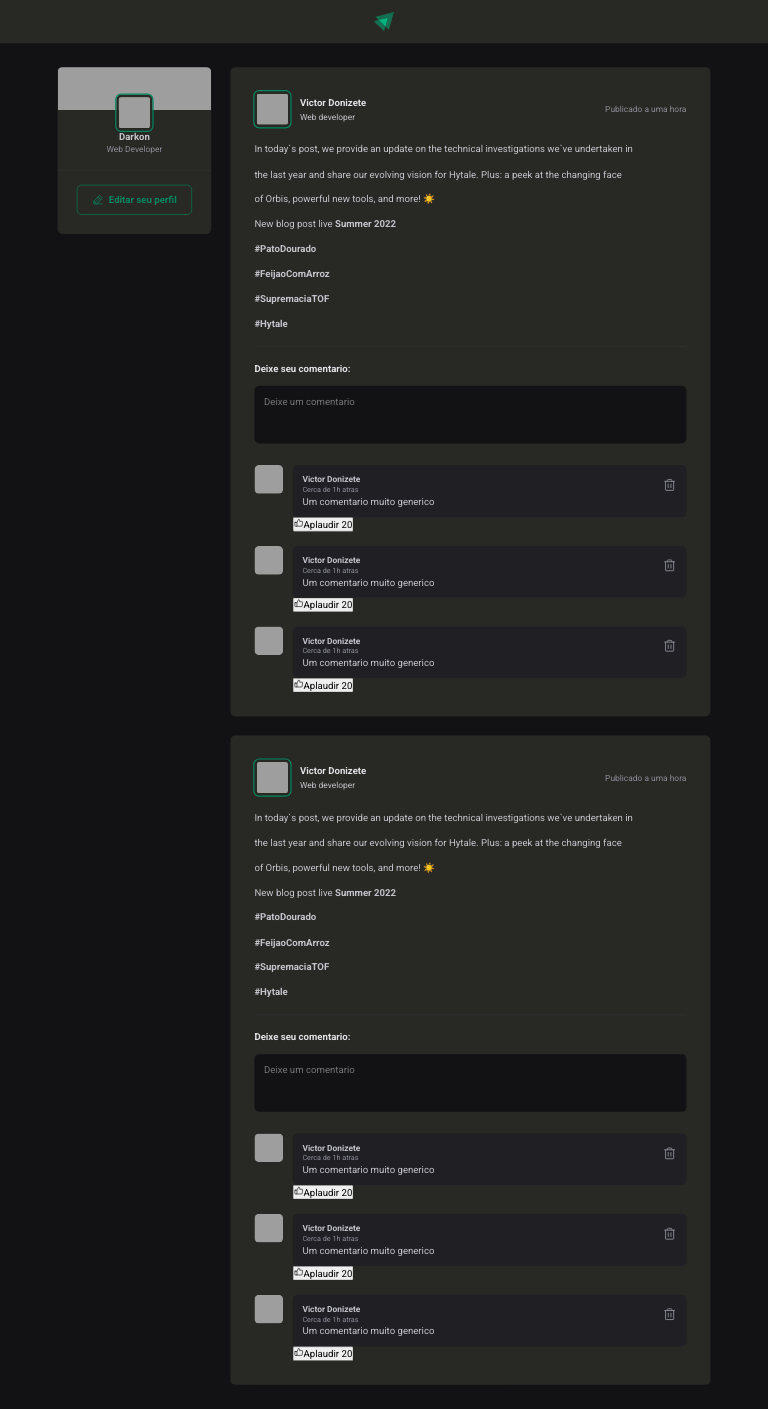
Repository: viviij/PseudoRedeSocial
Page: /
An editor plug-in stored every save of this project. The page is shown before and after the next save, followed by the edit.
The browser window is 1280 px wide. The pictures show the whole page, at 60% of full size.
Pictures or frames that could not be fetched are drawn as grey boxes. The project was rebuilt for these pictures with package versions that can differ from the ones it lists, and the page was loaded fresh each time. Also part of the build but not shown: vite.config.js.

Above is the page before, as saved 2022-08-02 14:16:24.

### index.html
<!DOCTYPE html>
<html lang="en">
  <head>
    <meta charset="UTF-8" />
    <link rel="preconnect" href="https://fonts.googleapis.com">
    <link rel="preconnect" href="https://fonts.gstatic.com" crossorigin>
    <link rel="icon" type="image/svg+xml" href="/vite.svg" />
    <meta name="viewport" content="width=device-width, initial-scale=1.0" />
    <link href="https://fonts.googleapis.com/css2?family=Roboto:wght@400;700&display=swap" rel="stylesheet">
    <title>RedeSocial</title>
  </head>
  <body>
    <div id="root"></div>
    <script type="module" src="/src/main.jsx"></script>
  </body>
</html>

### src/App.jsx
import { Header } from "./components/header";
import { Sidebar } from "./components/Sidebar"
import { Post } from "./components/Post"

import styles from "./App.module.css"
import "./global.css"
export function App() {
  return (
    <div>
      <Header />

      <div className={styles.wrapper}>
        <Sidebar />
        <main>
          <Post
            author="Victor Donizete"
            content="Texto generico criado apenas para simular uma postagem"
          />
          <Post
            author="Fernanda Medeiros"
            content="Texto generico criado apenas para simular uma postagem"
          />
        </main>
      </div>
    </div>
  )
}

### src/components/header.jsx
import styles from "./Header.module.css"

import IgniteLogo from '../assets/IgniteLogo.svg'

export function Header() {
  return (
    <header className={styles.header}>
      <img src={IgniteLogo} alt="Logo da ignite" />
    </header>
  )
}

### src/components/Sidebar.jsx
import styles from "./Sidebar.module.css"
import { PencilLine } from "phosphor-react"

export function Sidebar() {
  return (
    <aside className={styles.sidebar}>
      <img
        className={styles.cover}
        src="https://images.unsplash.com/photo-1659095579647-7c1bbc73b36f?ixlib=rb-1.2.1&ixid=MnwxMjA3fDB8MHxlZGl0b3JpYWwtZmVlZHw1fHx8ZW58MHx8fHw%3D&auto=format&fit=crop&w=500&q=10" alt="plano de fundo"
      />

      <div className={styles.profile}>
        <img
          className={styles.avatar}
          src="https://github.com/viviij.png" alt="Foto de perfil" />

        <strong>Darkon</strong>
        <span>Web Developer</span>
      </div>

      <footer>
        <a
          href="#">
          <PencilLine
            size={20}
          />
          Editar seu perfil
        </a>
      </footer>
    </aside>
  )
}

### src/components/Post.jsx
import { Comment } from "./Comment"
import styles from "./Post.module.css"

export function Post() {
  return (
    <article className={styles.post}>
      <header>
        <div className={styles.author}>
          <img className={styles.avatar} src="https://github.com/viviij.png" alt="Foto do perfil" />
          <div className={styles.authorInfo}>
            <strong>Victor Donizete</strong>
            <span>Web developer</span>
          </div>
        </div>
        <time title="1 de agosto as 00:13h" dateTime="2022-05-11 00:13:46">Publicado a uma hora</time>
      </header>

      <div className={styles.content}>
        <p> In today`s post, we provide an update on the technical investigations we`ve undertaken in</p> <p> the last year and share our evolving vision for Hytale. Plus: a peek at the changing face </p>
        <p> of Orbis, powerful new tools, and more! ☀️ </p>
        <p>New blog post live <a href="https://hytale.com/news/2022/7/summer-2022-development-update">Summer 2022</a></p>

        <p><a href="#">#PatoDourado</a></p>{' '}
        <p><a href="#">#FeijaoComArroz</a></p>{' '}
        <p><a href="#">#SupremaciaTOF</a></p>{' '}
        <p><a href="#">#Hytale</a></p>
      </div>

      <form className={styles.commentForm}>
        <strong>Deixe seu comentario: </strong>

        <textarea
          placeholder="Deixe um comentario"
        />
        <footer>
          <button type="submit">Comentar</button>

        </footer>
      </form>

      <div className={styles.commentList}>
        <Comment />
        <Comment />
        <Comment />
      </div>
    </article>
  )
}

### src/App.module.css
.wrapper {
  max-width: 70rem;
  margin: 2rem auto;
  padding: 0.5rem 1rem;

  display: grid;
  grid-template-columns: 256px 1fr;
  gap: 2rem;
  align-items: flex-start;

}

### src/global.css
:root {
  --white: #ffffff;

  --gray-100: #e1e1e6;
  --gray-300: #c4c4cc;
  --gray-400: #8d8d99;
  --gray-600: #323238;
  --gray-700: #29292e;
  --grey-750: #202024;
  --gray-800: #282824;
  --gray-900: #121214;

  --green-300: #00B37E;
  --green-500: #00875f;

  --red-500: #F75A68;
}

:focus {
  outline: transparent;
  box-shadow: 0 0 0 2px var(--green-500)
}

* {
  margin: 0;
  padding: 0;
  box-sizing: border-box;
}

body {
  background: var(--gray-900);
  color: var(--gray-300);
  -webkit-font-smoothing: antialiased;
}

body,
input,
textarea,
button {
  font-family: 'Roboto', sans-serif;
  font-weight: 400;
  font-size: 1rem;
}

### src/components/Sidebar.module.css
.sidebar {
  background: var(--gray-800);
  border-radius: 8px;
  overflow: hidden;
}

.cover {
  width: 100%;
  height: 72px;
  object-fit: cover;
}

.profile {
  display: flex;
  flex-direction: column;
  align-items: center;

  margin-top: calc(0px - 1.5rem - 6px);
}

.avatar {
  width: calc(3rem + 12px);
  height: calc(3rem + 12px);
  border-radius: 8px;
  border: 4px solid var(--gray-800);
  outline: 2px solid var(--green-500);
}

.prfile strong {
  margin: 1rem;
  color: var(--gray-100);
  line-height: 1.6;
}

.profile span {
  font-size: 0.875rem;
  color: var(--gray-400);
  line-height: 1.6;
}

.sidebar footer {
  border-top: 1px solid var(--gray-600);
  margin-top: 1.5rem;
  padding: 1.5rem 2rem 2rem;
}

.sidebar footer a {
  width: 100%;
  background: transparent;
  color: var(--green-500);
  border: 1px solid var(--green-500);
  border-radius: 8px;
  height: 50px;
  padding: 0 1.5rem;
  font-weight: bold;
  display: block;
  text-decoration: none;

  display: flex;
  align-items: center;
  justify-content: center;

  gap: 0.5rem;

  transition: color 0.5s, background-color 0.5s;
}

.sidebar footer a:hover {
  background: var(--green-500);
  color: var(--white)
}

### src/components/Comment.jsx
import { ThumbsUp, Trash } from "phosphor-react"
import styles from "./Comment.module.css"

export function Comment() {
  return (
    <div className={styles.comment}>
      <img src="https://github.com/viviij.png" alt="Imagem de perfil" />

      <div className={styles.commentBox}>
        <div className={styles.commentContent}>
          <header>
            <div className={styles.authorAndTime}>
              <strong>Victor Donizete</strong>
              <time
                title="1 de agosto as 00:13h"
                dateTime="2022-05-11 00:13:46">Cerca de 1h atras
              </time>
            </div>

            <button title="deletar comentario">
              <Trash size={24} />
            </button>
          </header>

          <p>Um comentario muito generico</p>
        </div>

        <footer>
          <button>
            <ThumbsUp />
            Aplaudir <span>20</span>
          </button>
        </footer>
      </div>
    </div>
  )
}

### src/components/Post.module.css
.post {
  background: var(--gray-800);
  border-radius: 8px;
  padding: 2.5rem;
}

.post+.post {
  margin-top: 2rem;
}

.content {
  line-height: 1.6;
  color: var(--gray-300);
  margin-top: 1.5rem;
}

.content p {
  margin-top: 1rem;
}

.content a {
  font-weight: bold;
  color: var(--gray-500);
  text-decoration: none;
}

.content a:hover {
  color: var(--green-300);
}

.post>header {
  display: flex;
  align-items: center;
  justify-content: space-between;
}

.post>header time {
  font-size: 0.875rem;
  color: var(--gray-400);
}

.author {
  display: flex;
  align-items: center;
  gap: 1rem;
}

.author img {
  width: calc(3rem + 12px);
  height: calc(3rem + 12px);
  border-radius: 8px;
  border: 4px solid var(--gray-800);
  outline: 2px solid var(--green-500);
}

.authorInfo strong {
  display: block;
  color: var(--gray-100);
  line-height: 1.6;
}

.authorInfo span {
  display: block;
  font-size: 0.875rem;
  color: var(--grey-400);
  line-height: 1.6;
}

.commentForm {
  width: 100%;
  margin-top: 1.5rem;
  padding-top: 1.5rem;
  border-top: 1px solid var(--gray-600);
}

.commentForm>strong {
  line-height: 1.6;
  color: var(--gray-100);
}

.commentForm textarea {
  width: 100%;
  background: var(--gray-900);
  border: 0;
  resize: none;
  height: 6rem;
  padding: 1rem;
  border-radius: 8px;
  color: var(--gray-100);
  line-height: 1.4;
  margin-top: 1rem;
}

.commentForm footer {
  visibility: hidden;
  max-height: 0;

}

.commentForm:focus-within footer {
  visibility: visible;
  max-height: none;
  transition: 1s;
}

.commentForm button[type=submit] {
  padding: 1rem 1.5rem;
  margin-top: 1rem;
  border-radius: 8px;
  border: 0;
  background: var(--green-500);
  color: var(--white);
  font-weight: bold;
  cursor: pointer;

  transition: background-color 0.5s;
}

.commentForm button[type=submit]:hover {
  background: var(--green-300);
}

.commentList {
  margin-top: 2rem;
}

### src/components/Comment.module.css
.comment {
  margin-top: 1.5rem;
  display: flex;
  gap: 1rem;
}

.comment>img {
  width: 3rem;
  height: 3rem;
  border-radius: 8px;
}

.commentBox {
  flex: 1;
}

.commentContent {
  background: var(--grey-750);
  border-radius: 8px;
  padding: 1rem;
}

.commentContent header {
  display: flex;
  align-items: center;
  justify-content: space-between;
}

.authorAndTime strong {
  display: block;
  font-size: 0.875rem;
  justify-content: space-between;
}

.authorAndTime time {
  display: block;
  font-size: 0.75rem;
  line-height: 1.6;
  color: var(--gray-400);
}

.commentContent header button {
  background: transparent;
  border: 0;
  color: var(--gray-400);
  cursor: pointer;
  line-height: 0;
  border-radius: 2px;
}

.commentContent header button:hover {
  color: var(--red-500);
}

Loaded but not shown: src/main.jsx (common file); src/components/Header.module.css (common file)

After the next save:
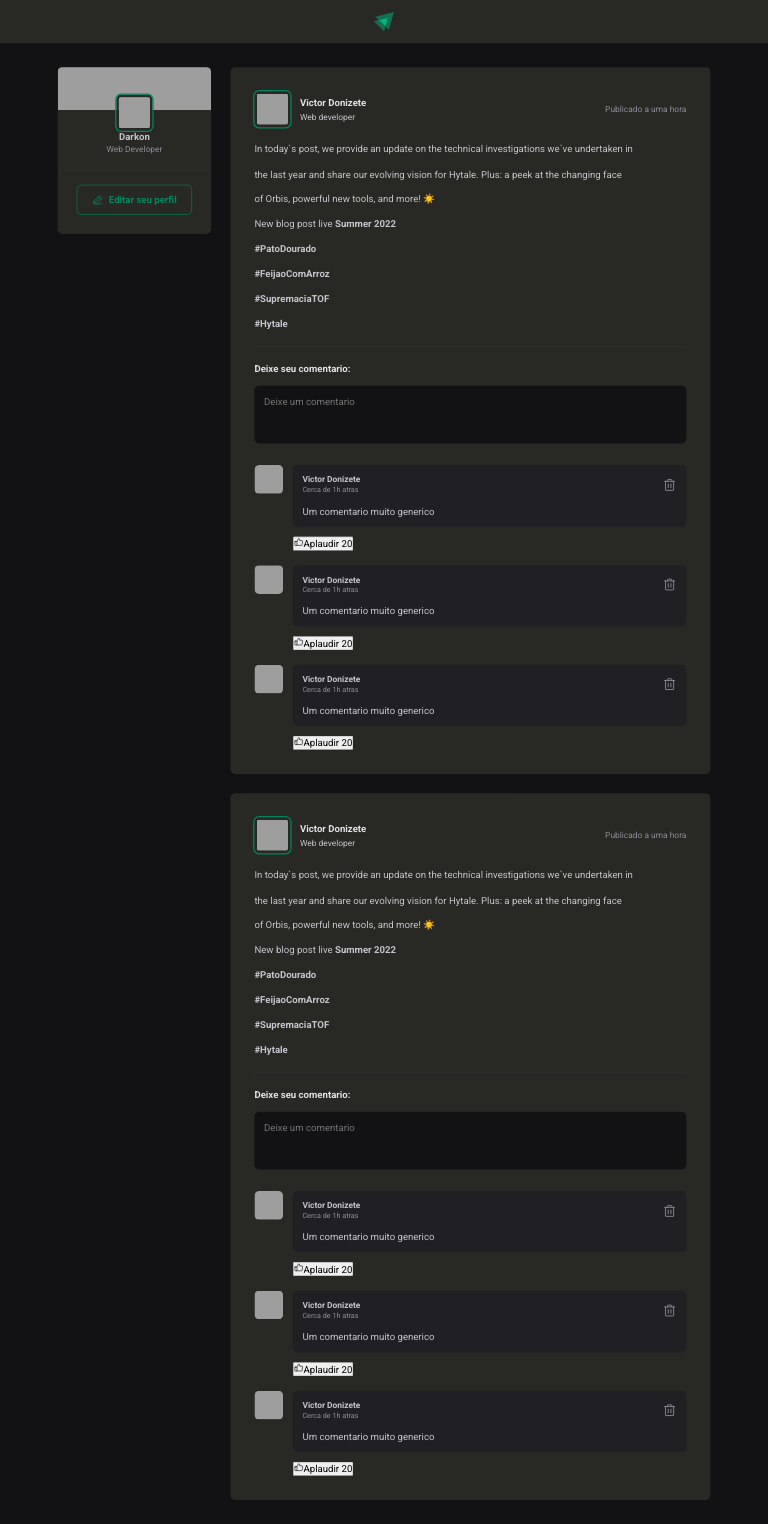
Saved 7 min 8 s later.
--- a/src/components/Comment.module.css
+++ b/src/components/Comment.module.css
@@ -51,3 +51,37 @@
 .commentContent header button:hover {
   color: var(--red-500);
 }
+
+.commentContent p {
+  margin-top: 1rem;
+  color: var(--grey-300);
+}
+
+.commentBox footer {
+  margin-top: 1rem;
+}
+
+.commantBox footer button {
+  background: transparent;
+  border: 0;
+  color: var(--gray-400);
+  cursor: pointer;
+
+  display: flex;
+  align-items: center;
+
+  border-radius: 2px;
+}
+
+.commantBox footer button:hover {
+  color: var(--green-300);
+}
+
+.commantBox footer button svg {
+  margin-right: 0.5rem;
+}
+
+.commantBox footer button span::before {
+  padding: 0 0 0.25rem;
+  content: 0 0.25rem;
+}
